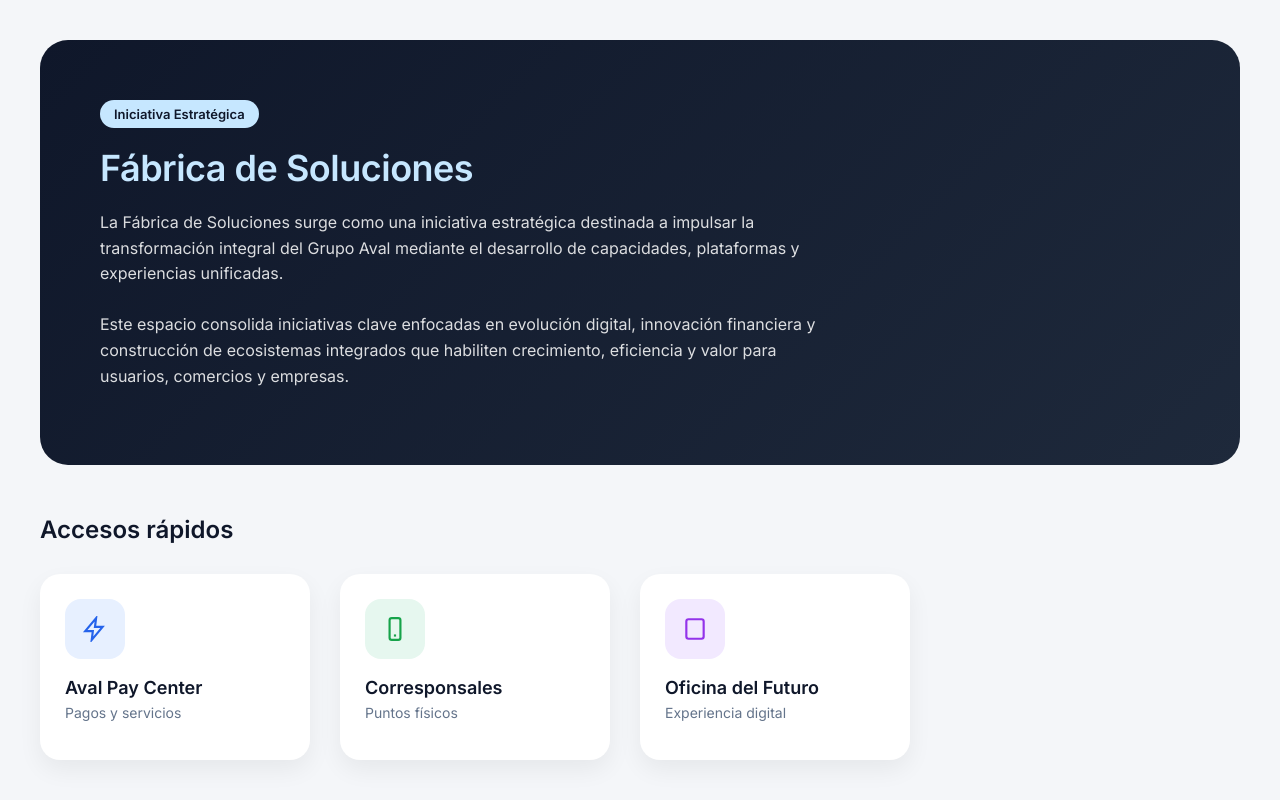
Repository: dalcava/Prototipos-Oficinas-del-futuro
Page: index.html
An editor plug-in stored every save of this project. The page is shown before and after the next save, followed by the edit.
The browser window is 1280 px wide. The pictures show the whole page.

Above is the page before, as saved 2026-02-13 00:15:26.

### index.html
<!doctype html>
<html lang="es">
<head>
<meta charset="utf-8" />
<meta name="viewport" content="width=device-width, initial-scale=1" />
<title>Home</title>
<div class="hero">
  <div class="hero-badge">Iniciativa Estratégica</div>
  <h1>Fábrica de Soluciones</h1>
  <p>
    La Fábrica de Soluciones surge como una iniciativa estratégica destinada a impulsar
    la transformación integral del Grupo Aval mediante el desarrollo de capacidades,
    plataformas y experiencias unificadas.
    <br><br>
    Este espacio consolida iniciativas clave enfocadas en evolución digital, innovación
    financiera y construcción de ecosistemas integrados que habiliten crecimiento,
    eficiencia y valor para usuarios, comercios y empresas.
  </p>
</div>


<link href="https://fonts.googleapis.com/css2?family=Inter:wght@400;600&display=swap" rel="stylesheet">

<style>
  body {
    margin: 0;
    font-family: 'Inter', sans-serif;
    background: #f4f6f9;
    padding: 40px;
  }

  h2 {
    margin-bottom: 30px;
    color: #0f172a;
  }

  .hero {
    background: linear-gradient(135deg, #0f172a, #1e293b);
    color: white;
    padding: 60px;
    border-radius: 28px;
    margin-bottom: 50px;
    position: relative;
    overflow: hidden;
  }

  .hero h1 {
    margin: 0 0 20px 0;
    font-size: 36px;
    font-weight: 600;
    letter-spacing: -0.5px;
    color: #C6E7FF;
  }

  .hero p {
    max-width: 720px;
    font-size: 16px;
    line-height: 1.6;
    opacity: 0.85;
  }

  .hero-badge {
    display: inline-block;
    background: #C6E7FF;
    color: #0f172a;
    padding: 6px 14px;
    border-radius: 20px;
    font-size: 13px;
    font-weight: 600;
    margin-bottom: 18px;
  }


  .cards {
    display: flex;
    gap: 30px;
    flex-wrap: wrap;
  }

  .card {
    background: white;
    border-radius: 20px;
    padding: 25px;
    width: 220px;
    cursor: pointer;
    transition: all 0.25s ease;
    box-shadow: 0 10px 25px rgba(0, 0, 0, 0.06);
  }

  .card:hover {
    transform: translateY(-6px);
    box-shadow: 0 18px 35px rgba(0, 0, 0, 0.1);
  }

  .icon-box {
    width: 60px;
    height: 60px;
    border-radius: 16px;
    display: flex;
    align-items: center;
    justify-content: center;
    margin-bottom: 18px;
  }

  .icon-blue { background: #e7f0ff; }
  .icon-green { background: #e6f7ef; }
  .icon-purple { background: #f2e9ff; }

  .card h3 {
    margin: 0;
    font-size: 18px;
    font-weight: 600;
    color: #0f172a;
  }

  .card p {
    margin-top: 6px;
    font-size: 14px;
    color: #64748b;
  }

  svg {
    width: 26px;
    height: 26px;
  }

</style>
</head>

<body>

<h2>Accesos rápidos</h2>

<div class="cards">

  <!-- Aval Pay Center -->
  <div class="card" onclick="ir('aval-pay-center.html')">
    <div class="icon-box icon-blue">
      <!-- Icono rayo -->
      <svg fill="none" stroke="#2563eb" stroke-width="2" viewBox="0 0 24 24">
        <path d="M13 2L3 14h7l-1 8 10-12h-7l1-8z"/>
      </svg>
    </div>
    <h3>Aval Pay Center</h3>
    <p>Pagos y servicios</p>
  </div>

  <!-- Corresponsales -->
  <div class="card" onclick="ir('corresponsales.html')">
    <div class="icon-box icon-green">
      <!-- Icono móvil -->
      <svg fill="none" stroke="#16a34a" stroke-width="2" viewBox="0 0 24 24">
        <rect x="7" y="2" width="10" height="20" rx="2"/>
        <line x1="11" y1="18" x2="13" y2="18"/>
      </svg>
    </div>
    <h3>Corresponsales</h3>
    <p>Puntos físicos</p>
  </div>

  <!-- Oficina del Futuro -->
  <div class="card" onclick="ir('oficina-del-futuro.html')">
    <div class="icon-box icon-purple">
      <!-- Icono edificio -->
      <svg fill="none" stroke="#9333ea" stroke-width="2" viewBox="0 0 24 24">
        <rect x="4" y="3" width="16" height="18" rx="2"/>
        <line x1="8" y1="7" x2="8" y2="7"/>
        <line x1="12" y1="7" x2="12" y2="7"/>
        <line x1="16" y1="7" x2="16" y2="7"/>
      </svg>
    </div>
    <h3>Oficina del Futuro</h3>
    <p>Experiencia digital</p>
  </div>

</div>

<script>
  function ir(pagina) {
    window.location.href = pagina;
  }
</script>

</body>
</html>

After the next save:
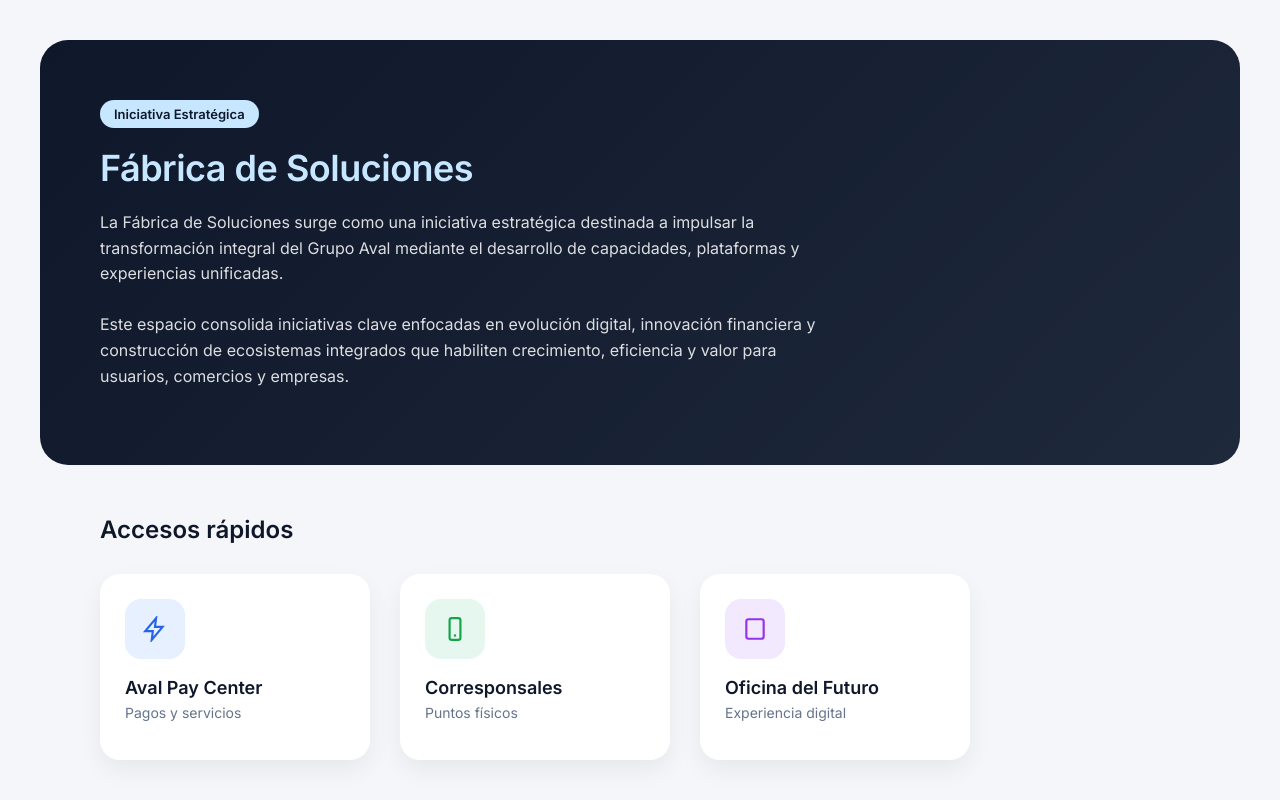
Saved 2 min 35 s later.
--- a/index.html
+++ b/index.html
@@ -32,6 +32,7 @@
   h2 {
     margin-bottom: 30px;
     color: #0f172a;
+    padding: 0px 0px 0px 60px;
   }
 
   .hero {
@@ -75,6 +76,7 @@
     display: flex;
     gap: 30px;
     flex-wrap: wrap;
+    padding: 0px 0px 0px 60px;
   }
 
   .card {
@@ -85,6 +87,7 @@
     cursor: pointer;
     transition: all 0.25s ease;
     box-shadow: 0 10px 25px rgba(0, 0, 0, 0.06);
+
   }
 
   .card:hover {
